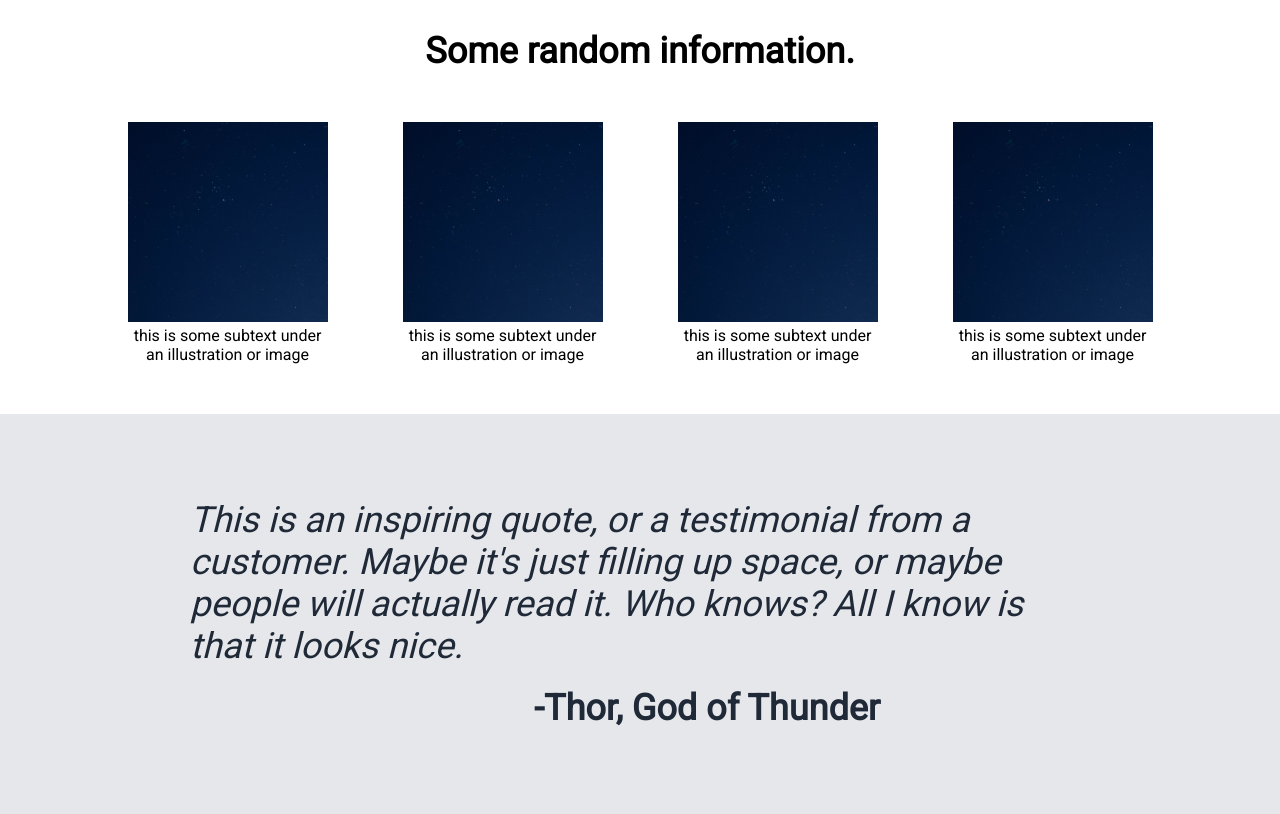
Repository: aaronestre/odin-landingpage
Page: index.html
These files come from the project's save history. The page is drawn as it stood at one moment and after the next save; the edit follows.
The browser window is 1280 px wide. The pictures show the part of the page from y = 570 to 1384 px (the page is 1384 px tall).
A picture or video elsewhere on the page could not be fetched, so the positions and the page height are approximate.

Above is the page before, as saved 2025-02-12 20:30:44.

After the next save:
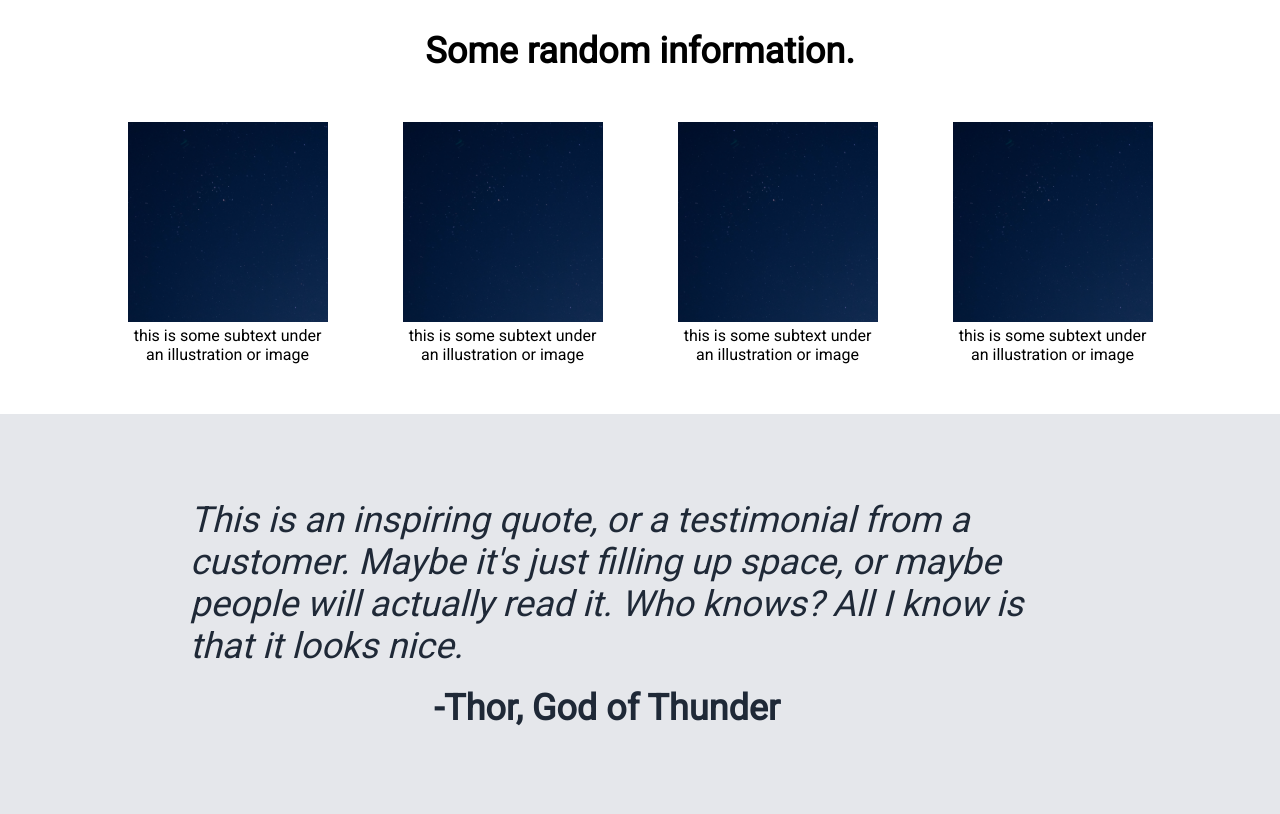
Saved 6 s later.
--- a/index.css
+++ b/index.css
@@ -120,5 +120,5 @@
 .quote-author {
     font-weight: bold;
     align-self: flex-end;
-    margin-right: 400px;
+    margin-right: 500px;
 }
